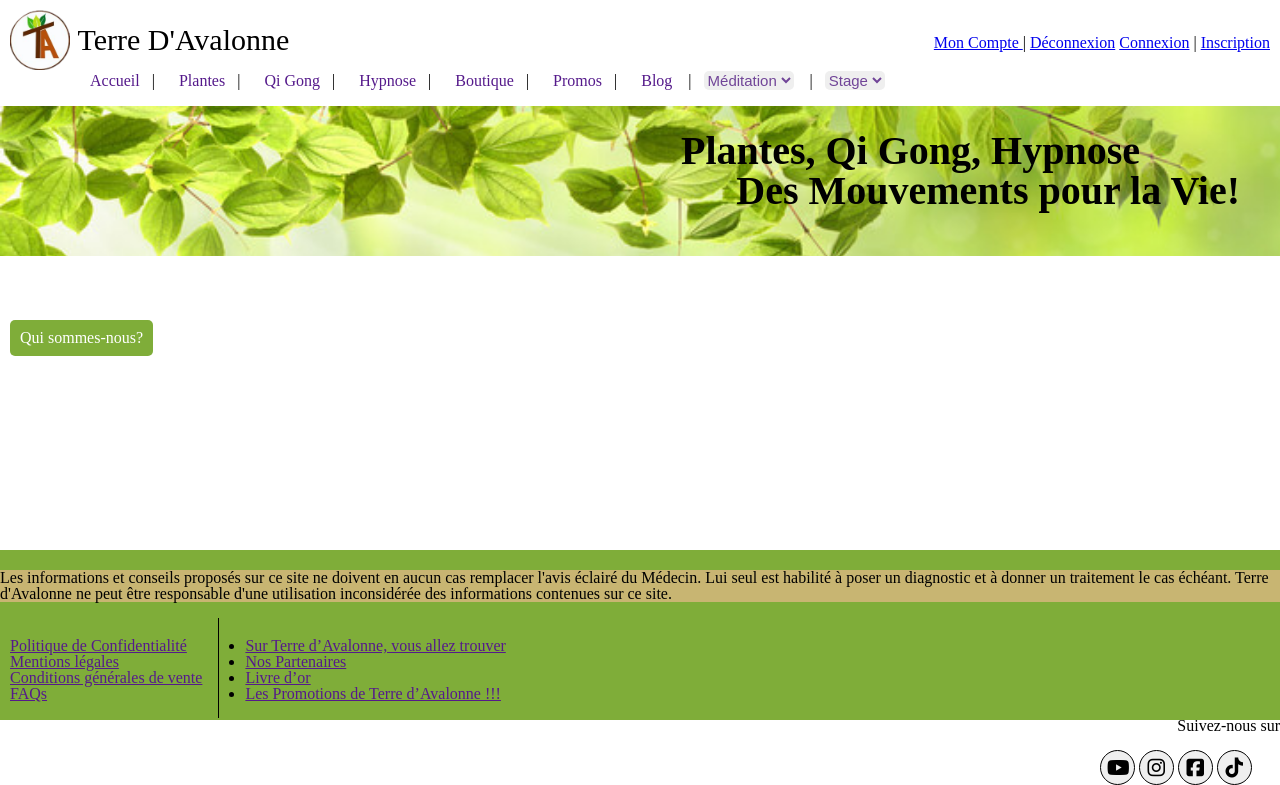
Repository: Michelhof1978/TerreDavalonne
Page: templates/base.html
These files come from the project's save history. The page is drawn as it stood at one moment and after a run of saves; the edit follows.
The browser window is 1280 px wide. The pictures show the whole page.
Some web fonts or font styles are not loaded; a fallback is used. Some web libraries are served in a nearby version.

Above is the page before, as saved 2022-05-04 16:06:01.

### templates/base.html
<!DOCTYPE html>
<html lang="fr">

<head>
  <meta charset="UTF-8">
  <meta http-equiv="X-UA-Compatible" content="IE=edge">
  <meta name="viewport" content="width=device-width, initial-scale=1.0">
  <title>Newsletter</title>
  <link rel="stylesheet" href="/assets/reset.css" type="text/css">
  <script src="https://kit.fontawesome.com/a9becd4f18.js" crossorigin="anonymous"></script>
  <link rel="preconnect" href="https://fonts.googleapis.com">
  <link rel="preconnect" href="https://fonts.gstatic.com" crossorigin>
  <link
    href="https://fonts.googleapis.com/css2?family=Cairo:wght@500&family=Dancing+Script:wght@600;700&family=Ms+Madi&family=Updock&display=swap"
    rel="stylesheet">
</head>

<body>
  <header>
    <div style="float: left; padding:auto">
      <img class="logoTerreDavalonne" src="/assets/img/logoTerreDavalonne.png" alt="logo terre d'avalonne">
    </div>
    <div style="padding:10px">
      <h1 style="margin-top:15px">&nbspTerre D'Avalonne</h1>
    </div>

    <div class="login">

      <a href="{{path('account')}}">Mon Compte <small> </small></a> | <a href="{{path('app_logout')}}">Déconnexion</a>

      <a href="{{path('app_login')}}">Connexion</a> | <a href="{{path('registrer')}}">Inscription</a>

    </div>
    </div>


    <nav>
      <ul class="nav">
        <li class="nav-item">
          <a class="nav-link" href="">Accueil</a>&nbsp&nbsp&nbsp|
        </li>

        <li class="nav-item">
          <a class="nav-link" href="">Plantes</a>&nbsp&nbsp&nbsp|
        </li>

        <li class="nav-item">
          <a class="nav-link" href="">Qi Gong</a>&nbsp&nbsp&nbsp|
        </li>

        <li class="nav-item">
          <a href="">Hypnose</a>&nbsp&nbsp&nbsp|
        </li>

        <li class="nav-item">
          <a class="nav-link" href="">Boutique</a>&nbsp&nbsp&nbsp|
        </li>

        <li class="nav-item">
          <a class="nav-link" href="">Promos</a>&nbsp&nbsp&nbsp|
        </li>

        <li class="nav-item">
          <a class="nav-link" href="">Blog </a>&nbsp&nbsp&nbsp|&nbsp&nbsp
        </li>

        <select class=form-control>
          <option value=un>Méditation</option>
          <option value=deux>Deux</option>
          <option value=trois>Trois</option>
        </select>
        &nbsp&nbsp&nbsp|&nbsp&nbsp
        <select class=form-control>
          <option value=un>Stage</option>
          <option value=deux>Deux</option>
          <option value=trois>Trois</option>
        </select>
      </ul>

    </nav>




  </header>

  <div class="banniere">
    <div class="btn-banniere">
      <a class="link-banniere" href="">Qui sommes-nous?</a>
    </div>

    <div class="textBaniere ">Plantes, Qi Gong, Hypnose &nbsp&nbsp&nbsp&nbsp&nbsp&nbsp&nbsp&nbsp&nbsp<br>
      Des Mouvements pour la Vie!
    </div>
  </div>


















  <footer>
    <p class="warning"> Les informations et conseils proposés sur ce site ne doivent en aucun cas remplacer l'avis éclairé du Médecin.
      Lui seul est habilité à poser un diagnostic et à donner un traitement le cas échéant. Terre d'Avalonne ne peut être responsable d'une utilisation inconsidérée des informations contenues sur ce site.
    </p>
    <div style="display: flex;">
      <ul class="ulFooter">
        <li>
          <a href="">Politique de Confidentialité</a>
        </li>
        <li>
          <a href="">Mentions légales</a>
        </li>
        <li class>
          <a href="">Conditions générales de vente</a>
        </li>
        <li class>
          <a href="">FAQs</a>
        </li>
      </ul>
      <div class="footer-separator"></div>
      <ul class="ulFooter">
        <li>
          <a href="">Sur Terre d’Avalonne, vous allez trouver</a>
        </li>
        <li>
          <a href="">Nos Partenaires</a>
        </li>
        <li class>
          <a href="">Livre d’or</a>
        </li>
        <li class>
          <a href="">Les Promotions de Terre d’Avalonne !!!</a>
        </li>
      </ul>
    </div>

    <div class="reseaux">
      <p class="suivez-nous">Suivez-nous sur</p>
      <div class="reseauButton">
        <button class="reseaux1"><a href="https://www.youtube.com/results?search_query=terre+d%27avalonne" <i
            class="fa-brands fa-youtube" style="font-size:20px;text-decoration:none;color:black;"></i></a></button>
        <button class="reseaux2"><a href="https://www.instagram.com/terredavalonne/" <i class="fa fa-instagram"
            style="font-size:20px;text-decoration:none;color:black;"></i></a></button>
        <button class="reseaux3"><a href="https://www.facebook.com/Avalonne.naturopathe.lyon/" <i
            class="fa-brands fa-facebook-square"
            style="font-size:20px;text-decoration:none;color:black;"></i></a></button>
        <button class="reseaux4"><a href="https://www.tiktok.com/@terre_d_avalonne" <i class="fa-brands fa-tiktok"
            style="font-size:20px;text-decoration:none;color:black;"></i></a></button>

      </div>

  </footer>



</body>

<style>
  .logoTerreDavalonne {
    width: 60px;
    height: 60px;
    margin-left: 10px;
    margin-top: 10px;
  }

  h1 {
    font-size: 30px;
    margin: auto;
  }

  .login {
    text-align: end;
    color: black;
    text-decoration: none;
    margin-right: 10px;
    margin-top: -30px;
  }

  ul {
    padding-top: 20px;
    font-size: 1rem;

  }

  .nav-item {
    display: inline;
    padding-left: 20px;

  }

  nav a {
    text-decoration: none;
  }


  nav a:hover {
    color: #0d3d9e;
  }

  .form-control {
    border-radius: 5px;
    border: 0px solid;
    font-size: 15px;
    color: rgba(89, 37, 135, 0.845);
  }

  .banniere {
    background-image: url("/assets/img/BanniereProvisoir.jpg");
    background-size: 100%;
    height: 150px;

  }



  .textBaniere {

    padding-right: 40px;
    font-size: 40px;
    text-align: right;
    padding-top: 25px;
    font-weight: 600;
    font-family: 'Cairo', sans-serif;
    font-family: 'Dancing Script', cursive;
    font-family: 'Ms Madi', cursive;
    font-family: 'Updock', cursive;

  }

  .link-banniere{
    text-decoration: none;
    color: white;
  }

  .btn-banniere {

    background-color: #7FAD39;
    padding: 10px;
    border-radius: 5px;
    cursor: pointer;
    position: absolute;
    top: 43%;
    margin: 10px;
    text-decoration: none;
    color: white;

  }

  .btn-banniere:hover {
    background-color: #99f80a;
  }


  .reseauButton {
    padding-right: 28px;
  }

  footer {
    position: absolute;
    bottom: 0;
    width: 100%;
    height: 150px;
    background-color: #7FAD39;
    padding-top: 20px;
  }

  .warning{
    background-color: #C8B572 ;
    color
  }

  .ulFooter {
    text-align: left;
    padding-left: 10px;

  }



  .footer-separator {
    width: 1px;
    margin-left: 16px;
    margin-right: 16px;
    background-color: #000;
  }

  .reseaux {
    text-align: end;
  }

  .reseaux1,
  .reseaux2,
  .reseaux3,
  .reseaux4 {
    height: 35px;
    width: 35px;
    border-radius: 50%;
    border: 1px solid #000;
    text-align: end;
    padding-right: 8px;
  }

  .reseaux1:hover {

    background-color: rgba(224, 107, 107, 0.919);
  }

  .reseaux2:hover {
    background-color: rgba(168, 73, 168, 0.848);
  }

  .reseaux3:hover {
    background-color: rgba(63, 162, 189, 0.554);
  }

  .reseaux4:hover {
    background-color: rgb(230, 157, 12);
  }
</style>

</html>

### assets/reset.css

  html,
  body,
  div,
  span,
  applet,
  object,
  iframe,
  h1,
  h2,
  h3,
  h4,
  h5,
  h6,
  p,
  blockquote,
  pre,
  a,
  abbr,
  acronym,
  address,
  big,
  cite,
  code,
  del,
  dfn,
  em,
  img,
  ins,
  kbd,
  q,
  s,
  samp,
  small,
  strike,
  strong,
  sub,
  sup,
  tt,
  var,
  b,
  u,
  i,
  center,
  dl,
  dt,
  dd,
  ol,
  ul,
  li,
  fieldset,
  form,
  label,
  legend,
  table,
  caption,
  tbody,
  tfoot,
  thead,
  tr,
  th,
  td,
  article,
  aside,
  canvas,
  details,
  embed,
  figure,
  figcaption,
  footer,
  header,
  hgroup,
  menu,
  nav,
  output,
  ruby,
  section,
  summary,
  time,
  mark,
  audio,
  video {
    margin-left: 0;
    margin-right: 0;
    margin-top: 0;
    padding: 0;
    border: 0;
    font-size: 100%;
    font: inherit;
    vertical-align: baseline;
  }

  /* HTML5 display-role reset for older browsers */
  article,
  aside,
  details,
  figcaption,
  figure,
  footer,
  header,
  hgroup,
  menu,
  nav,
  section {
    display: block;
  }

  body {
    line-height: 1;
  }

After the next 2 saves:
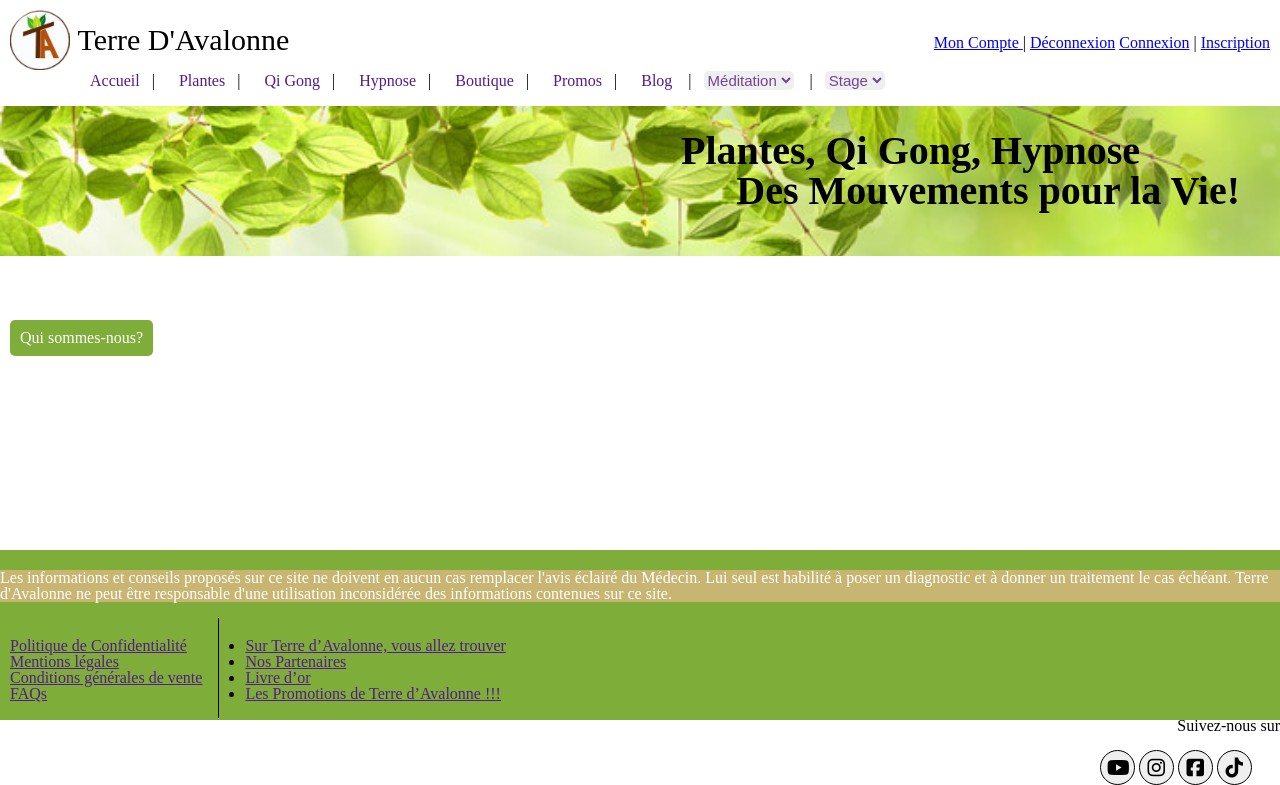
The 2 saves are shown as one change because they came seconds apart.
The last was saved 7 s later.
--- a/templates/base.html
+++ b/templates/base.html
@@ -279,7 +279,7 @@
 
   .warning{
     background-color: #C8B572 ;
-    color
+    color: white;
   }
 
   .ulFooter {
